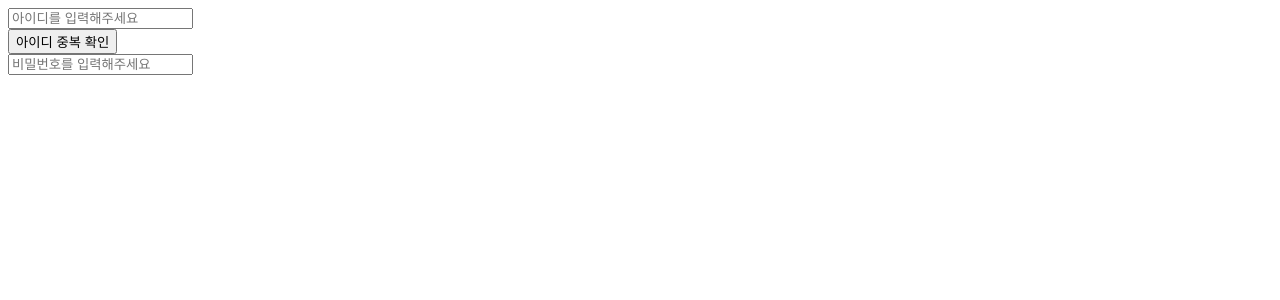
Repository: kimeuiyeob/KOPO_JSP_Study_2
Page: http://localhost/JspStudy/Ajax.jsp
These files come from the project's save history. The page is drawn as it stood at one moment and after the next save; the edit follows.
The browser window is 1280 px wide. The pictures show the whole page.
The page is served by Tomcat 9.

Above is the page before, as saved 2023-06-21 00:08:04.

After the next save:
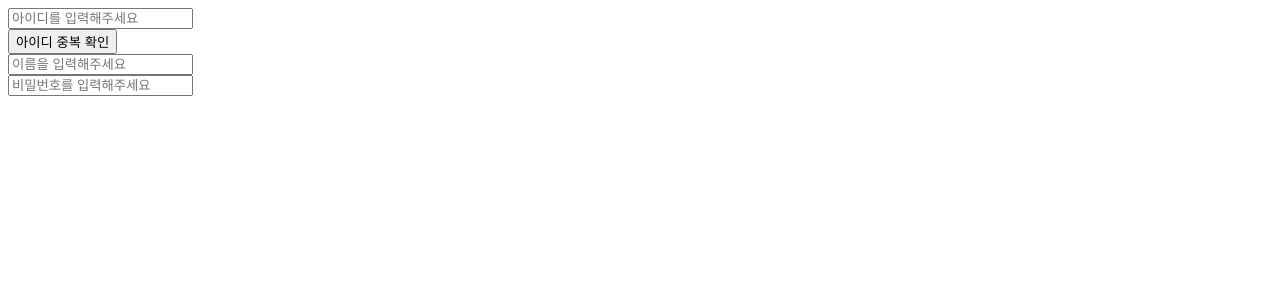
Saved 11 min 13 s later.
--- a/JspStudy/src/main/webapp/Ajax.jsp
+++ b/JspStudy/src/main/webapp/Ajax.jsp
@@ -49,7 +49,7 @@
 		<div id="msg"></div>
 
 		<button type="button" id="goAjax">아이디 중복 확인</button>
-
+		<br> <input type="text" name="name" id="name" placeholder="이름을 입력해주세요">
 		<br> <input type="password" name="pw" id="pw" placeholder="비밀번호를 입력해주세요">
 	</form>
 
